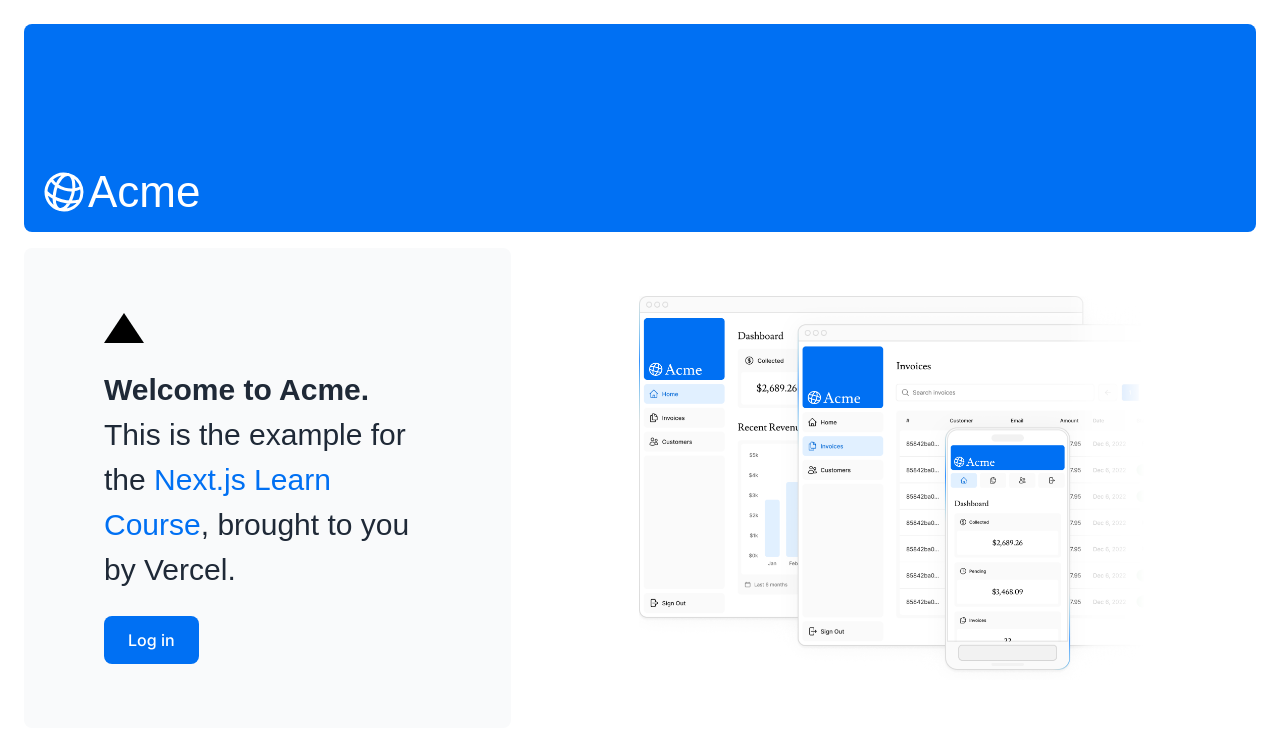
Repository: limaneto/invoices
Page: /
The author's editor kept a copy of each file at every save. The page is drawn from the files as they stood at one save, then again after a run of saves.
The browser window is 1280 px wide. The pictures show the whole page.
Some web fonts or font styles are not loaded; a fallback is used. The project was rebuilt for these pictures with package versions that can differ from the ones it lists, and the page was loaded fresh each time. The framework's server and built-in components were replaced by stand-ins that run in the browser. Also part of the build but not shown: next.config.js.

Above is the page before, as saved 2023-11-02 15:29:24.

### app/layout.tsx
import "@/app/ui/global.css";
import { inter } from './ui/fonts';

export default function RootLayout({
  children,
}: {
  children: React.ReactNode;
}) {
  return (
    <html lang="en">
      <body className={`${inter.className} antialiased`}>{children}</body>
    </html>
  );
}

### app/page.tsx
import AcmeLogo from '@/app/ui/acme-logo';
import { lusitana } from './ui/fonts';
import Image from 'next/image';

import Link from 'next/link';
export default function Page() {
  return (
    <main className="flex min-h-screen flex-col p-6">
      <div className="flex h-20 shrink-0 items-end rounded-lg bg-blue-500 p-4 md:h-52">
        <AcmeLogo />
      </div>
      <div className="mt-4 flex grow flex-col gap-4 md:flex-row">
        <div className="flex flex-col justify-center gap-6 rounded-lg bg-gray-50 px-6 py-10 md:w-2/5 md:px-20">
        <div
  className="h-0 w-0 border-b-[30px] border-l-[20px] border-r-[20px] border-b-black border-l-transparent border-r-transparent"
/>
          <p className={`${lusitana.className} text-xl text-gray-800 md:text-3xl md:leading-normal`}>
            <strong>Welcome to Acme.</strong> This is the example for the{' '}
            <a href="https://nextjs.org/learn/" className="text-blue-500">
              Next.js Learn Course
            </a>
            , brought to you by Vercel.
          </p>
          <Link
            href="/login"
            className="flex items-center gap-5 self-start rounded-lg bg-blue-500 px-6 py-3 text-sm font-medium text-white transition-colors hover:bg-blue-400 md:text-base"
          >
            <span>Log in</span>
          </Link>
        </div>
        <div className="flex items-center justify-center p-6 md:w-3/5 md:px-28 md:py-12">
          <Image
            src="/hero-desktop.png"
            width={1000}
            height={760}
            className="hidden md:block"
            alt="Screenshots of the dashboard project showing desktop and mobile versions"
          />
          <Image
            src="/hero-mobile.png"
            width={560}
            height={620}
            className={'block md:hidden'}
            alt="Screenshots of the dashboard project showing desktop and mobile versions"
          />
        </div>
      </div>
    </main>
  );
}

### app/ui/fonts.ts
import { Inter, Lusitana } from 'next/font/google';

export const inter = Inter({ subsets: ['latin'] });
export const lusitana = Lusitana({
  weight: ['400', '700'],
  subsets: ['latin']
})

Loaded but not shown: app/ui/global.css (common file); app/ui/acme-logo.tsx (common file); tailwind.config.ts (common file)

After the next 3 saves:
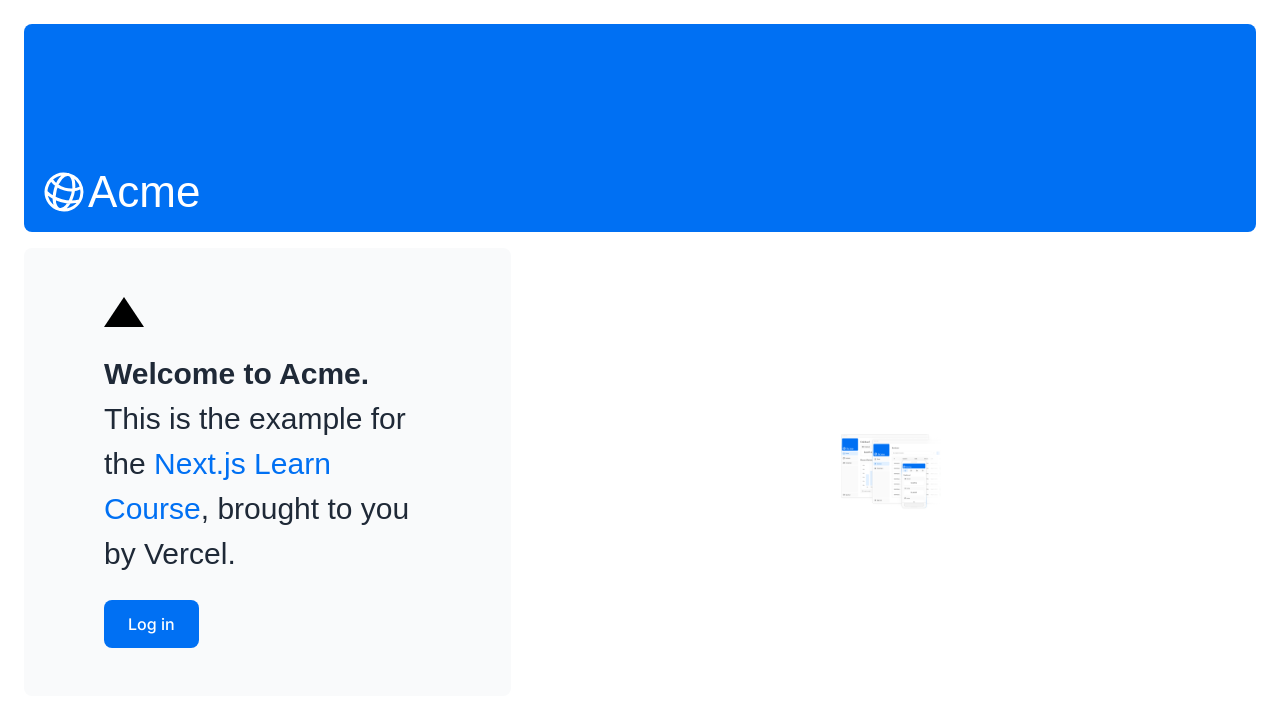
The 3 saves are shown as one change because 1 did not build or start and some came seconds apart.
The last was saved 3 min 19 s later.
--- a/app/page.tsx
+++ b/app/page.tsx
@@ -31,15 +31,15 @@
         <div className="flex items-center justify-center p-6 md:w-3/5 md:px-28 md:py-12">
           <Image
             src="/hero-desktop.png"
-            width={1000}
-            height={760}
+            width={100}
+            height={100}
             className="hidden md:block"
             alt="Screenshots of the dashboard project showing desktop and mobile versions"
           />
           <Image
             src="/hero-mobile.png"
-            width={560}
-            height={620}
+            width={100}
+            height={100}
             className={'block md:hidden'}
             alt="Screenshots of the dashboard project showing desktop and mobile versions"
           />
